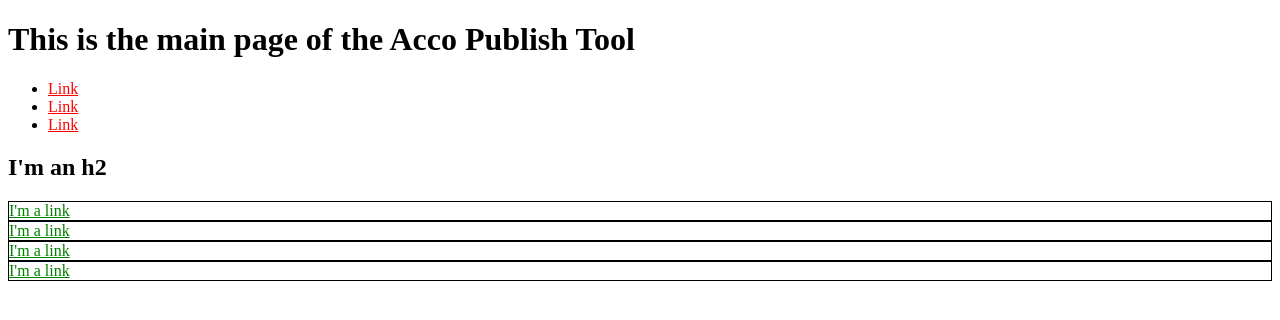
Repository: wimkinnet/Acco_Publish
Page: index.html
The author's editor kept a record of every edit. The page is drawn from the files as they stood at one moment, then again after the next edit.
The browser window is 1280 px wide. The pictures show the whole page.

Above is the page before.

After the next edit:
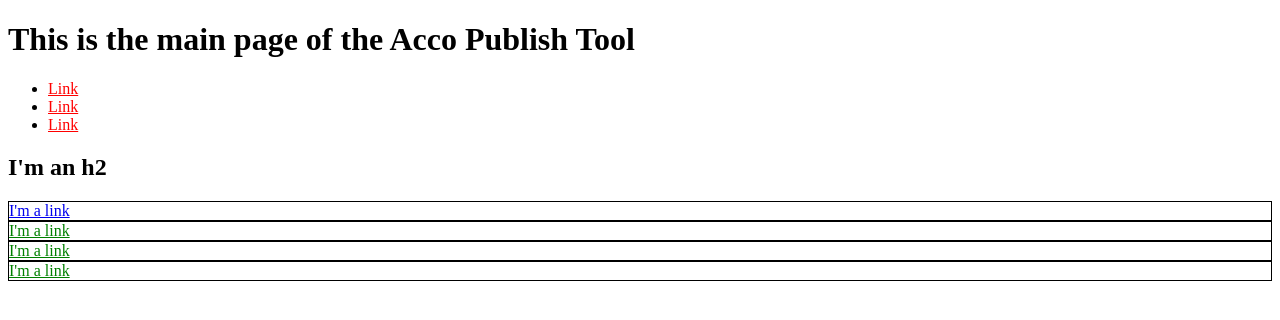
The edit:
--- a/index.html
+++ b/index.html
@@ -27,7 +27,7 @@
     </ul>
     <h2>I'm an h2</h2>
     <div>
-      <a href="http://example.com/" style="color: green;">I'm a link</a>
+      <a href="http://example.com/">I'm a link</a>
     </div>
     <div>
       <a href="http://example.com/" style="color: green;">I'm a link</a>

After the 4 edits that followed:
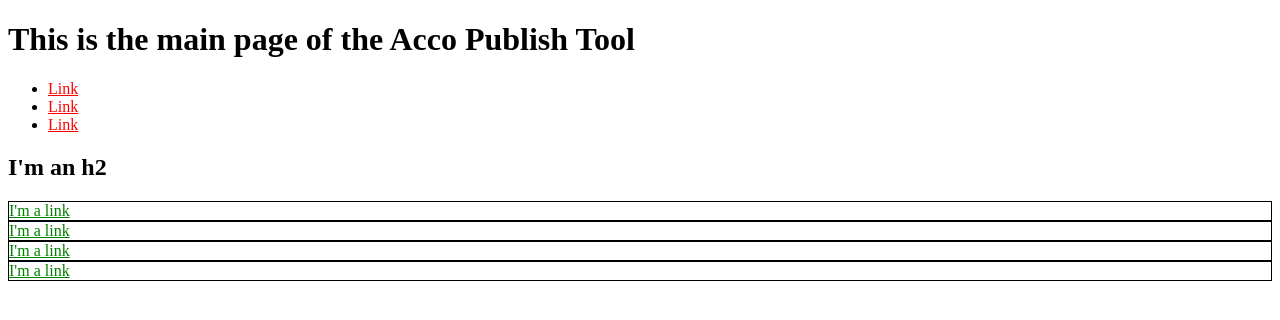
The 4 edits are shown as one change because 3 left the picture as it was.
The edit:
--- a/index.html
+++ b/index.html
@@ -8,7 +8,7 @@
         border: 1px solid black;
       }
       a {
-        style="color: green"
+        color: green;
       }
     </style>
   </head>
